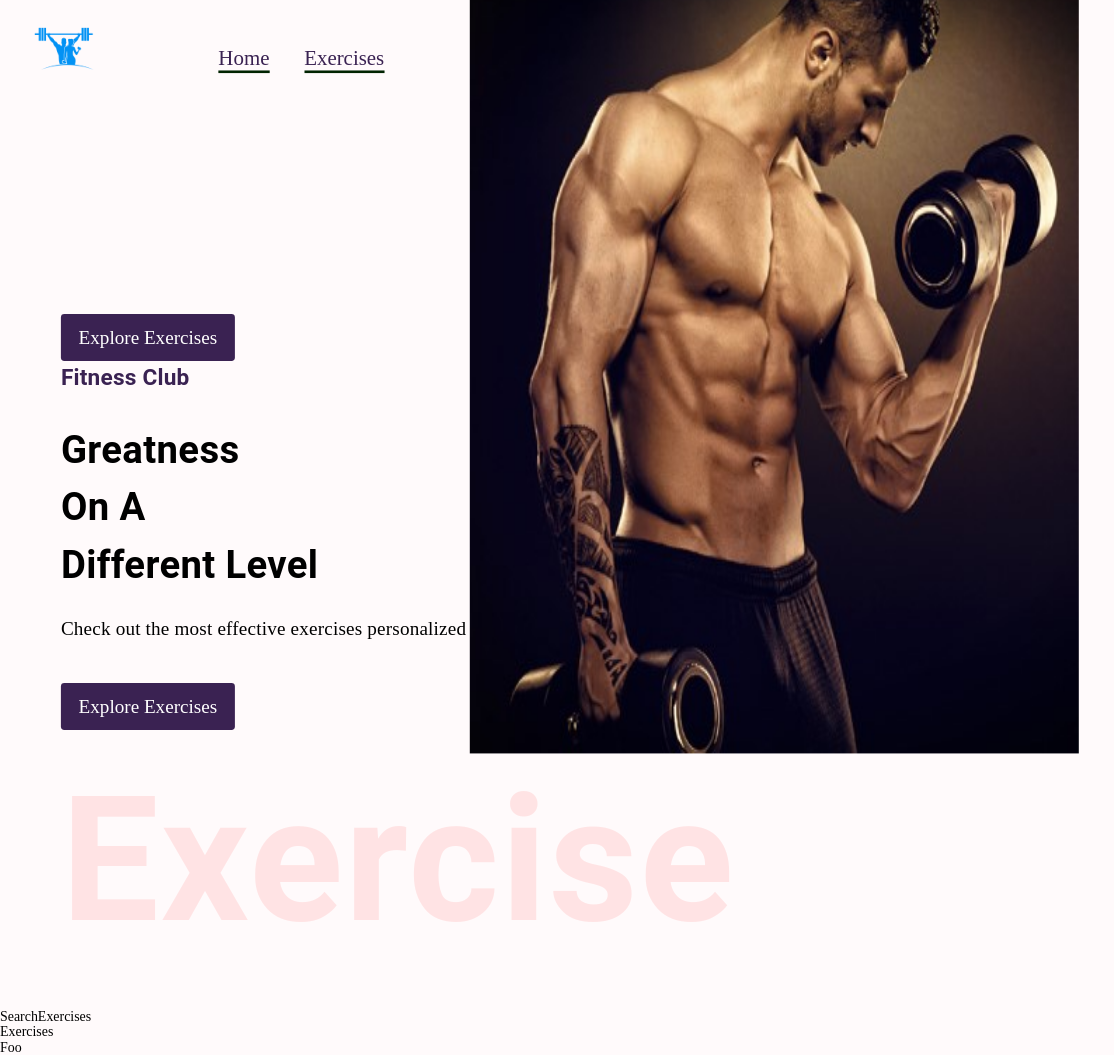
Repository: MhlengiNgubane/Workout-App
Page: /
These files come from the project's save history. The page is drawn as it stood at one moment and after the next save; the edit follows.
The browser window is 1280 px wide. The pictures show the whole page, at 87% of full size.
The project was rebuilt for these pictures with package versions that can differ from the ones it lists, and the page was loaded fresh each time. Also part of the build but not shown: src/pages/ExerciseDetail.js.

Above is the page before, as saved 2022-08-01 08:57:43.

After the next save:
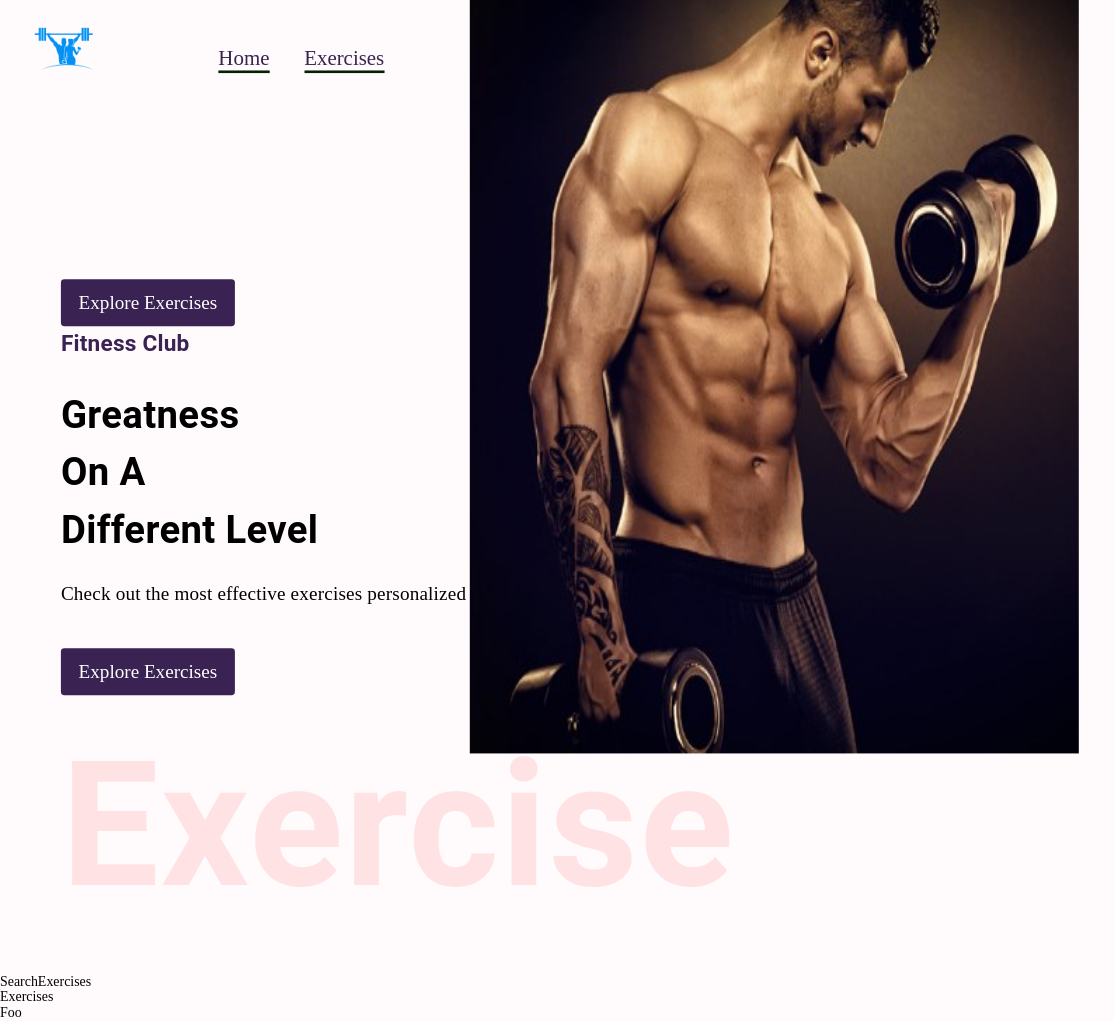
Saved 23 s later.
--- a/src/components/HeroBanner.js
+++ b/src/components/HeroBanner.js
@@ -5,7 +5,7 @@ import HeroBannerImage from '../assets/images/banner.png';
 const HeroBanner = () => (
   <Box sx={{ mt: { lg: '212px', xs: '70px' }, ml: { sm: '50px' } }} position="relative" p="20px">
     <Stack>
-      <a href="exercises" style={{ marginTop: '45px', textDecoration: 'none', width: '200px', textAlign: 'center', background: '#3A2252', padding: '14px', fontSize: '22px', textTransform: 'none', color: 'white', borderRadius: '4px' }}>Explore Exercises</a>
+      <a href="exercises" style={{ marginTop: '5px', textDecoration: 'none', width: '200px', textAlign: 'center', background: '#3A2252', padding: '14px', fontSize: '22px', textTransform: 'none', color: 'white', borderRadius: '4px' }}>Explore Exercises</a>
     </Stack>
     <Typography color="#3A2252" fontWeight="600" fontSize="26px">Fitness Club</Typography>
     <Typography fontWeight={700} sx={{ fontSize: { lg: '44px', xs: '40px' } }} mb="23px" mt="30px">
